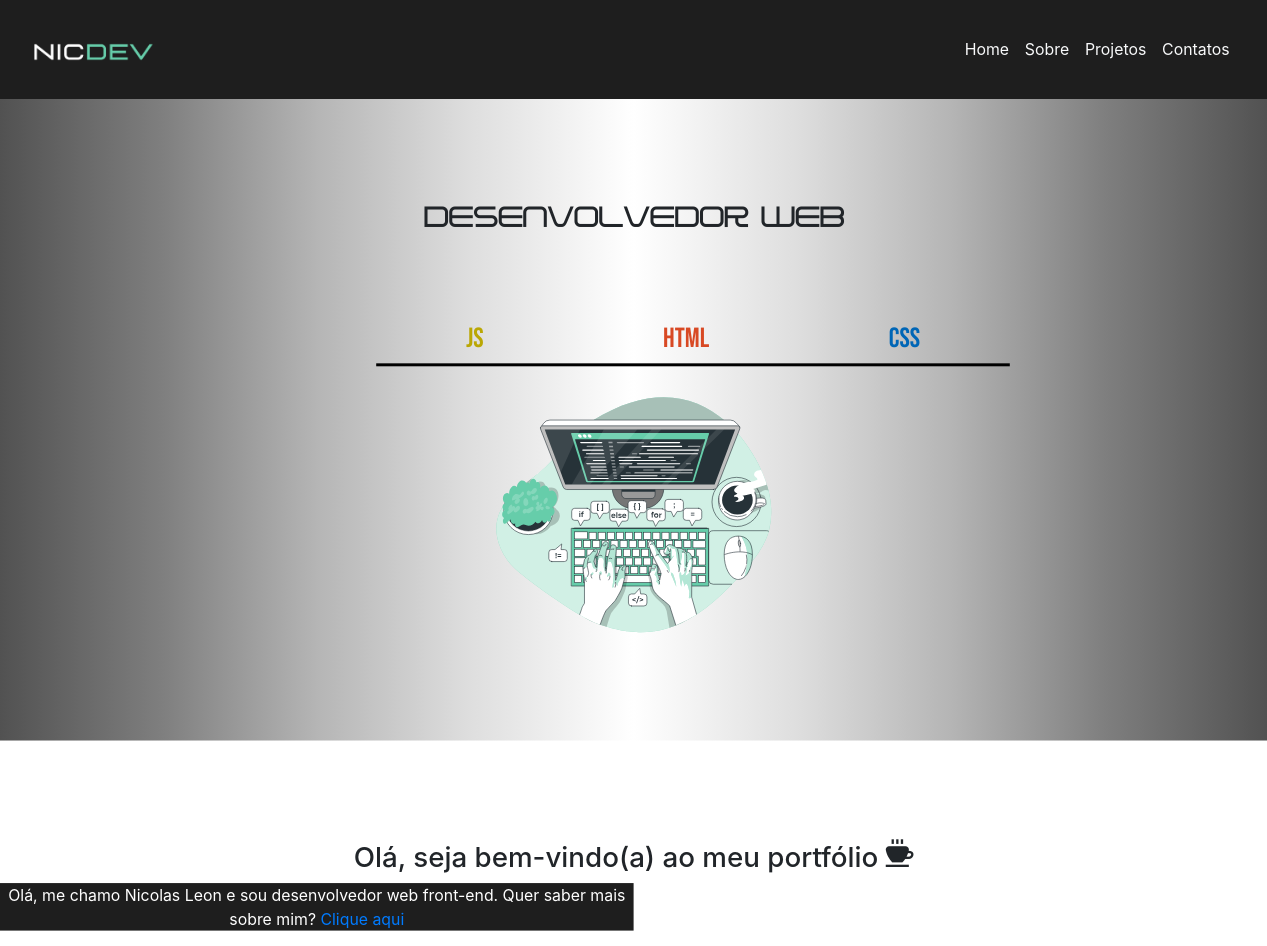
Repository: Leonngc/nicdev
Page: index.html
The author's editor kept a copy of each file at every save. The page is drawn from the files as they stood at one save, then again after a run of saves.
The browser window is 1280 px wide. The pictures show the whole page, at 99% of full size.
Some web libraries are served in a nearby version.

Above is the page before, as saved 2023-04-14 12:05:40.

After the next 4 saves:
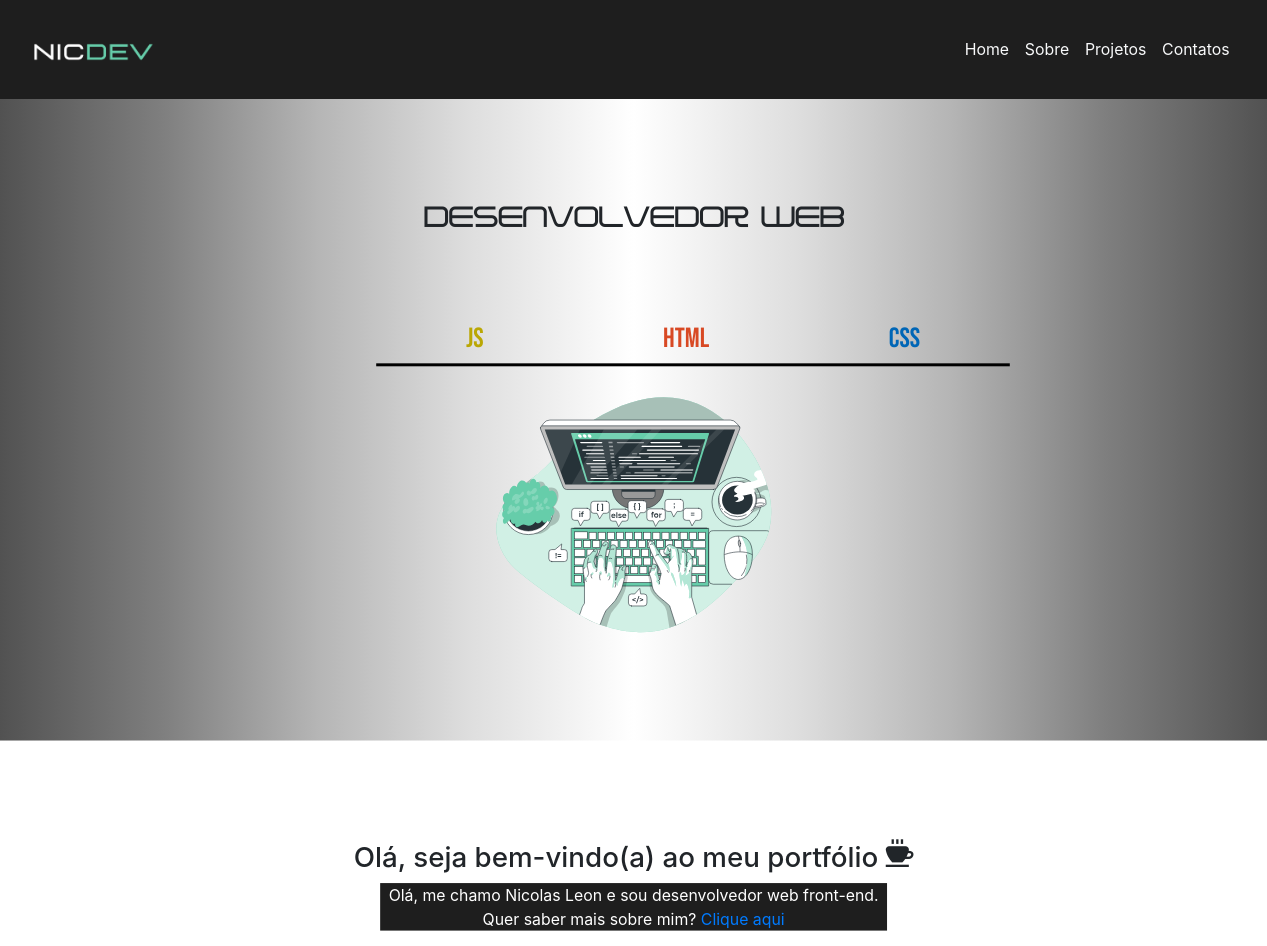
The 4 saves are shown as one change because they came seconds apart.
The last was saved 16 s later.
--- a/styles/main.css
+++ b/styles/main.css
@@ -21,5 +21,6 @@ main{
 .box{
     background-color: #1E1E1E;
     color: white;
-    width: 50vw;
+    width:40vw;
+    margin: auto;
 }
